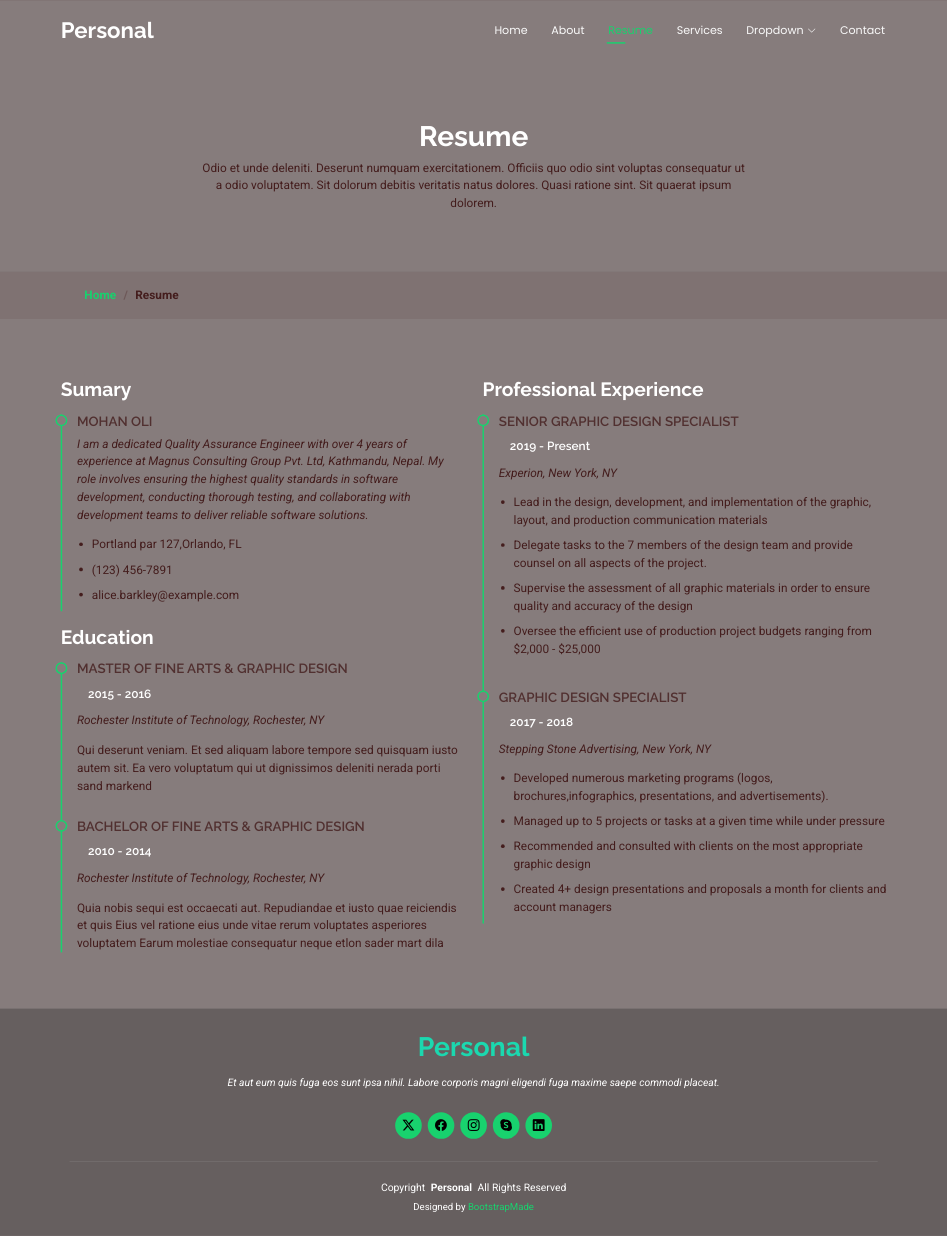
Repository: Mohanoli/mohan-git
Page: resume.html
The author's editor kept a copy of each file at every save. The page is drawn from the files as they stood at one save, then again after the next save.
The browser window is 1280 px wide. The pictures show the whole page, at 74% of full size.

Above is the page before, as saved 2024-08-11 10:54:26.

### resume.html
<!DOCTYPE html>
<html lang="en">

<head>
  <meta charset="utf-8">
  <meta content="width=device-width, initial-scale=1.0" name="viewport">
  <title>Resume - Personal Bootstrap Template</title>
  <meta name="description" content="">
  <meta name="keywords" content="">

  <!-- Favicons -->
  <link href="assets/img/favicon.png" rel="icon">
  <link href="assets/img/apple-touch-icon.png" rel="apple-touch-icon">

  <!-- Fonts -->
  <link href="https://fonts.googleapis.com" rel="preconnect">
  <link href="https://fonts.gstatic.com" rel="preconnect" crossorigin>
  <link href="https://fonts.googleapis.com/css2?family=Roboto:ital,wght@0,100;0,300;0,400;0,500;0,700;0,900;1,100;1,300;1,400;1,500;1,700;1,900&family=Poppins:ital,wght@0,100;0,200;0,300;0,400;0,500;0,600;0,700;0,800;0,900;1,100;1,200;1,300;1,400;1,500;1,600;1,700;1,800;1,900&family=Raleway:ital,wght@0,100;0,200;0,300;0,400;0,500;0,600;0,700;0,800;0,900;1,100;1,200;1,300;1,400;1,500;1,600;1,700;1,800;1,900&display=swap" rel="stylesheet">

  <!-- Vendor CSS Files -->
  <link href="assets/vendor/bootstrap/css/bootstrap.min.css" rel="stylesheet">
  <link href="assets/vendor/bootstrap-icons/bootstrap-icons.css" rel="stylesheet">
  <link href="assets/vendor/aos/aos.css" rel="stylesheet">
  <link href="assets/vendor/swiper/swiper-bundle.min.css" rel="stylesheet">
  <link href="assets/vendor/glightbox/css/glightbox.min.css" rel="stylesheet">

  <!-- Main CSS File -->
  <link href="assets/css/main.css" rel="stylesheet">

  <!-- =======================================================
  * Template Name: Personal
  * Template URL: https://bootstrapmade.com/personal-free-resume-bootstrap-template/
  * Updated: Aug 07 2024 with Bootstrap v5.3.3
  * Author: BootstrapMade.com
  * License: https://bootstrapmade.com/license/
  ======================================================== -->
</head>

<body class="resume-page">

  <header id="header" class="header d-flex align-items-center fixed-top">
    <div class="container-fluid container-xl position-relative d-flex align-items-center justify-content-between">

      <a href="index.html" class="logo d-flex align-items-center">
        <!-- Uncomment the line below if you also wish to use an image logo -->
        <!-- <img src="assets/img/logo.png" alt=""> -->
        <h1 class="sitename">Personal</h1>
      </a>

      <nav id="navmenu" class="navmenu">
        <ul>
          <li><a href="index.html">Home</a></li>
          <li><a href="about.html">About</a></li>
          <li><a href="resume.html" class="active">Resume</a></li>
          <li><a href="services.html">Services</a></li>

          <li class="dropdown"><a href="#"><span>Dropdown</span> <i class="bi bi-chevron-down toggle-dropdown"></i></a>
            <ul>
              <li><a href="#">Dropdown 1</a></li>
              <li class="dropdown"><a href="#"><span>Deep Dropdown</span> <i class="bi bi-chevron-down toggle-dropdown"></i></a>
                <ul>
                  <li><a href="#">Deep Dropdown 1</a></li>
                  <li><a href="#">Deep Dropdown 2</a></li>
                  <li><a href="#">Deep Dropdown 3</a></li>
                  <li><a href="#">Deep Dropdown 4</a></li>
                  <li><a href="#">Deep Dropdown 5</a></li>
                </ul>
              </li>
              <li><a href="#">Dropdown 2</a></li>
              <li><a href="#">Dropdown 3</a></li>
              <li><a href="#">Dropdown 4</a></li>
            </ul>
          </li>
          <li><a href="contact.html">Contact</a></li>
        </ul>
        <i class="mobile-nav-toggle d-xl-none bi bi-list"></i>
      </nav>

    </div>
  </header>

  <main class="main">

    <!-- Page Title -->
    <div class="page-title" data-aos="fade">
      <div class="heading">
        <div class="container">
          <div class="row d-flex justify-content-center text-center">
            <div class="col-lg-8">
              <h1>Resume</h1>
              <p class="mb-0">Odio et unde deleniti. Deserunt numquam exercitationem. Officiis quo odio sint voluptas consequatur ut a odio voluptatem. Sit dolorum debitis veritatis natus dolores. Quasi ratione sint. Sit quaerat ipsum dolorem.</p>
            </div>
          </div>
        </div>
      </div>
      <nav class="breadcrumbs">
        <div class="container">
          <ol>
            <li><a href="index.html">Home</a></li>
            <li class="current">Resume</li>
          </ol>
        </div>
      </nav>
    </div><!-- End Page Title -->

    <!-- Resume Section -->
    <section id="resume" class="resume section">

      <div class="container">

        <div class="row">

          <div class="col-lg-6" data-aos="fade-up" data-aos-delay="10">
            <h3 class="resume-title">Sumary</h3>

            <div class="resume-item pb-0">
              <h4>Mohan Oli</h4>
              <p><em>I am a dedicated Quality Assurance Engineer with over 4 years of experience at Magnus Consulting Group Pvt. Ltd, Kathmandu, Nepal. My role involves ensuring the highest quality standards in software development, conducting thorough testing, and collaborating with development teams to deliver reliable software solutions.</em></p>
              <ul>
                <li>Portland par 127,Orlando, FL</li>
                <li>(123) 456-7891</li>
                <li>alice.barkley@example.com</li>
              </ul>
            </div><!-- Edn Resume Item -->

            <h3 class="resume-title">Education</h3>
            <div class="resume-item">
              <h4>Master of Fine Arts &amp; Graphic Design</h4>
              <h5>2015 - 2016</h5>
              <p><em>Rochester Institute of Technology, Rochester, NY</em></p>
              <p>Qui deserunt veniam. Et sed aliquam labore tempore sed quisquam iusto autem sit. Ea vero voluptatum qui ut dignissimos deleniti nerada porti sand markend</p>
            </div><!-- Edn Resume Item -->

            <div class="resume-item">
              <h4>Bachelor of Fine Arts &amp; Graphic Design</h4>
              <h5>2010 - 2014</h5>
              <p><em>Rochester Institute of Technology, Rochester, NY</em></p>
              <p>Quia nobis sequi est occaecati aut. Repudiandae et iusto quae reiciendis et quis Eius vel ratione eius unde vitae rerum voluptates asperiores voluptatem Earum molestiae consequatur neque etlon sader mart dila</p>
            </div><!-- Edn Resume Item -->

          </div>

          <div class="col-lg-6" data-aos="fade-up" data-aos-delay="200">
            <h3 class="resume-title">Professional Experience</h3>
            <div class="resume-item">
              <h4>Senior graphic design specialist</h4>
              <h5>2019 - Present</h5>
              <p><em>Experion, New York, NY </em></p>
              <ul>
                <li>Lead in the design, development, and implementation of the graphic, layout, and production communication materials</li>
                <li>Delegate tasks to the 7 members of the design team and provide counsel on all aspects of the project. </li>
                <li>Supervise the assessment of all graphic materials in order to ensure quality and accuracy of the design</li>
                <li>Oversee the efficient use of production project budgets ranging from $2,000 - $25,000</li>
              </ul>
            </div><!-- Edn Resume Item -->

            <div class="resume-item">
              <h4>Graphic design specialist</h4>
              <h5>2017 - 2018</h5>
              <p><em>Stepping Stone Advertising, New York, NY</em></p>
              <ul>
                <li>Developed numerous marketing programs (logos, brochures,infographics, presentations, and advertisements).</li>
                <li>Managed up to 5 projects or tasks at a given time while under pressure</li>
                <li>Recommended and consulted with clients on the most appropriate graphic design</li>
                <li>Created 4+ design presentations and proposals a month for clients and account managers</li>
              </ul>
            </div><!-- Edn Resume Item -->

          </div>

        </div>

      </div>

    </section><!-- /Resume Section -->

  </main>

  <footer id="footer" class="footer dark-background">
    <div class="container">
      <h3 class="sitename">Personal</h3>
      <p>Et aut eum quis fuga eos sunt ipsa nihil. Labore corporis magni eligendi fuga maxime saepe commodi placeat.</p>
      <div class="social-links d-flex justify-content-center">
        <a href=""><i class="bi bi-twitter-x"></i></a>
        <a href=""><i class="bi bi-facebook"></i></a>
        <a href=""><i class="bi bi-instagram"></i></a>
        <a href=""><i class="bi bi-skype"></i></a>
        <a href=""><i class="bi bi-linkedin"></i></a>
      </div>
      <div class="container">
        <div class="copyright">
          <span>Copyright</span> <strong class="px-1 sitename">Personal</strong> <span>All Rights Reserved</span>
        </div>
        <div class="credits">
          <!-- All the links in the footer should remain intact. -->
          <!-- You can delete the links only if you've purchased the pro version. -->
          <!-- Licensing information: https://bootstrapmade.com/license/ -->
          <!-- Purchase the pro version with working PHP/AJAX contact form: [buy-url] -->
          Designed by <a href="https://bootstrapmade.com/">BootstrapMade</a>
        </div>
      </div>
    </div>
  </footer>

  <!-- Scroll Top -->
  <a href="#" id="scroll-top" class="scroll-top d-flex align-items-center justify-content-center"><i class="bi bi-arrow-up-short"></i></a>

  <!-- Preloader -->
  <div id="preloader"></div>

  <!-- Vendor JS Files -->
  <script src="assets/vendor/bootstrap/js/bootstrap.bundle.min.js"></script>
  <script src="assets/vendor/php-email-form/validate.js"></script>
  <script src="assets/vendor/aos/aos.js"></script>
  <script src="assets/vendor/typed.js/typed.umd.js"></script>
  <script src="assets/vendor/purecounter/purecounter_vanilla.js"></script>
  <script src="assets/vendor/waypoints/noframework.waypoints.js"></script>
  <script src="assets/vendor/swiper/swiper-bundle.min.js"></script>
  <script src="assets/vendor/glightbox/js/glightbox.min.js"></script>
  <script src="assets/vendor/imagesloaded/imagesloaded.pkgd.min.js"></script>
  <script src="assets/vendor/isotope-layout/isotope.pkgd.min.js"></script>

  <!-- Main JS File -->
  <script src="assets/js/main.js"></script>

</body>

</html>

Loaded but not shown: assets/vendor/bootstrap/css/bootstrap.min.css (library); assets/vendor/bootstrap-icons/bootstrap-icons.css (library); assets/vendor/aos/aos.css (library); assets/vendor/swiper/swiper-bundle.min.css (library); assets/vendor/glightbox/css/glightbox.min.css (library); assets/vendor/bootstrap/js/bootstrap.bundle.min.js (library); assets/vendor/php-email-form/validate.js (common file); assets/vendor/aos/aos.js (library); assets/vendor/typed.js/typed.umd.js (library); assets/vendor/purecounter/purecounter_vanilla.js (library); assets/vendor/waypoints/noframework.waypoints.js (library); assets/vendor/swiper/swiper-bundle.min.js (library); assets/vendor/glightbox/js/glightbox.min.js (library); assets/vendor/imagesloaded/imagesloaded.pkgd.min.js (library); assets/vendor/isotope-layout/isotope.pkgd.min.js (library); assets/js/main.js (202 lines, source omitted); assets/css/main.css (1476 lines, source omitted)

After the next save:
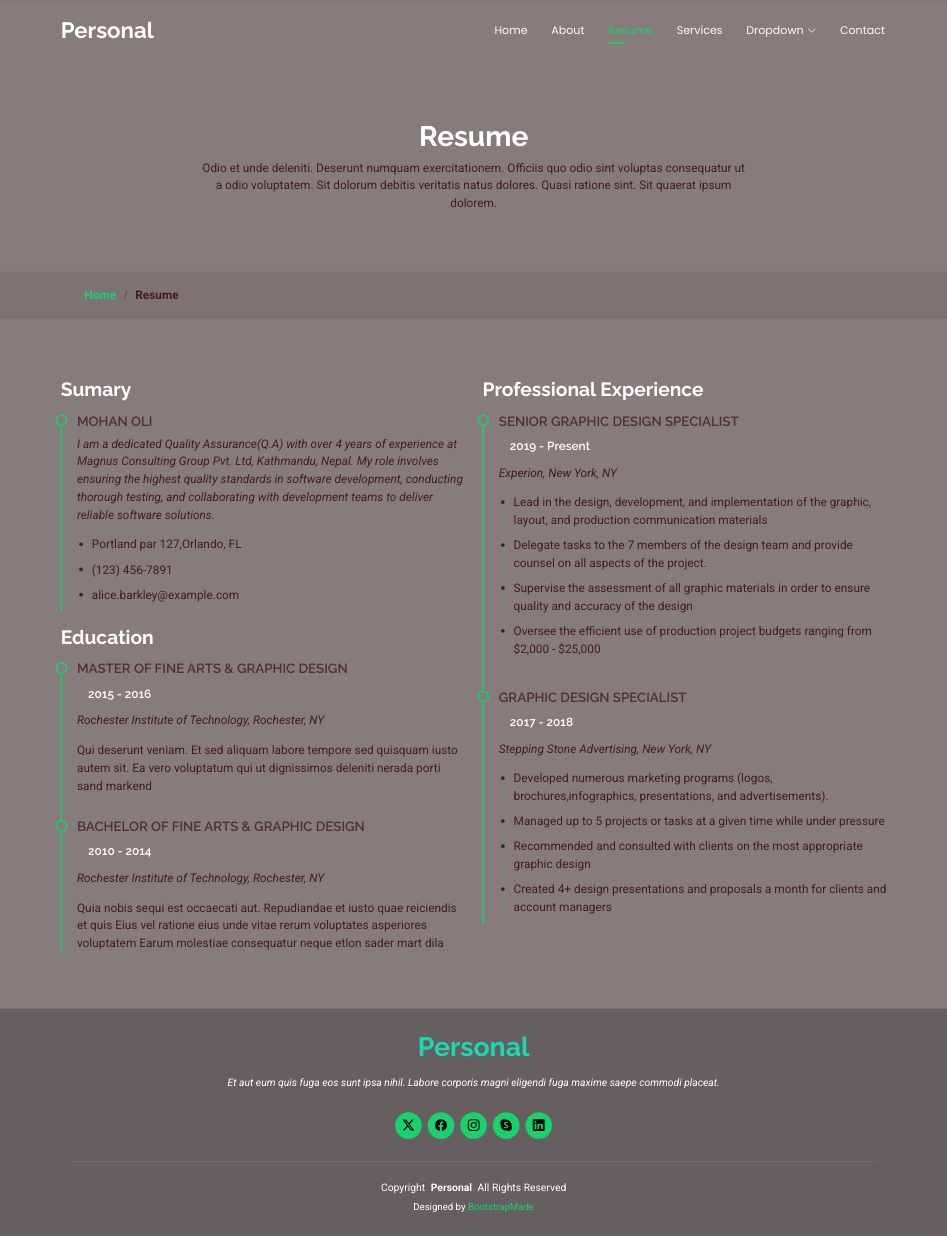
Saved 34 s later.
--- a/resume.html
+++ b/resume.html
@@ -115,7 +115,7 @@
 
             <div class="resume-item pb-0">
               <h4>Mohan Oli</h4>
-              <p><em>I am a dedicated Quality Assurance Engineer with over 4 years of experience at Magnus Consulting Group Pvt. Ltd, Kathmandu, Nepal. My role involves ensuring the highest quality standards in software development, conducting thorough testing, and collaborating with development teams to deliver reliable software solutions.</em></p>
+              <p><em>I am a dedicated Quality Assurance(Q.A) with over 4 years of experience at Magnus Consulting Group Pvt. Ltd, Kathmandu, Nepal. My role involves ensuring the highest quality standards in software development, conducting thorough testing, and collaborating with development teams to deliver reliable software solutions.</em></p>
               <ul>
                 <li>Portland par 127,Orlando, FL</li>
                 <li>(123) 456-7891</li>
